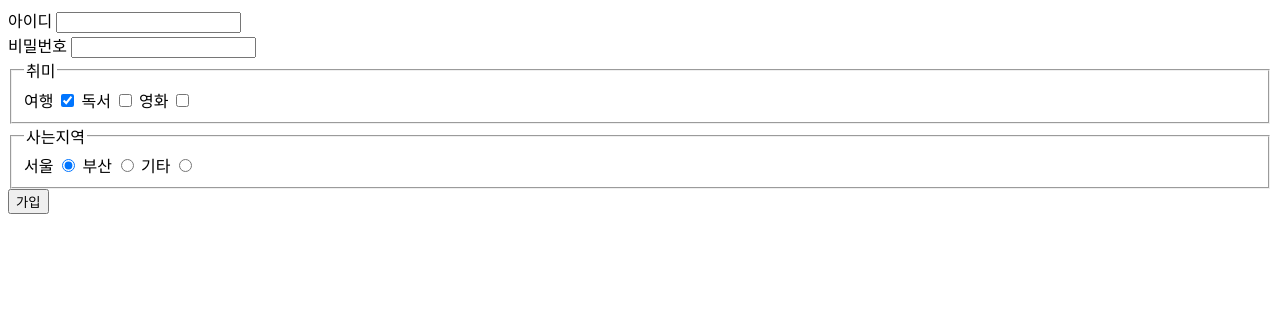
Repository: SaeMi-Kwon/jhta-Jsp
Page: jsp01/src/main/webapp/1/join.html
These files come from the project's save history. The page is drawn as it stood at one moment and after the next save; the edit follows.
The browser window is 1280 px wide. The pictures show the whole page.

Above is the page before, as saved 2025-01-24 06:46:04.

After the next save:
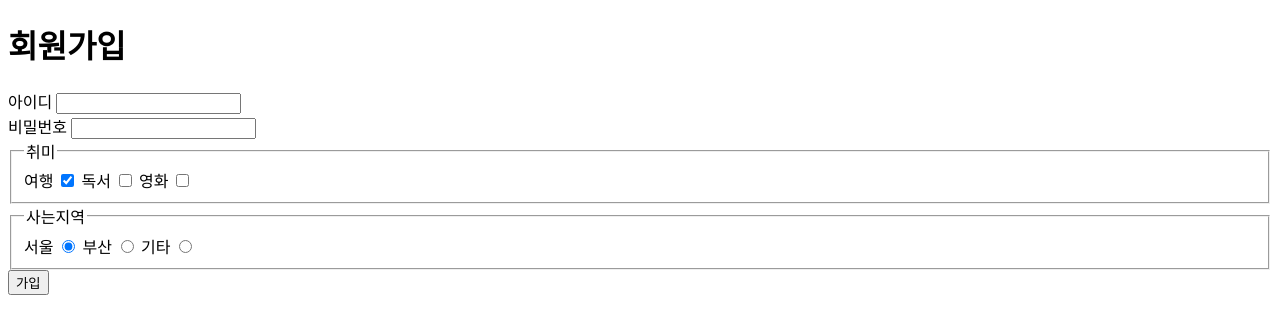
Saved 18 min 38 s later.
--- a/jsp01/src/main/webapp/1/join.html
+++ b/jsp01/src/main/webapp/1/join.html
@@ -5,7 +5,21 @@
 <title>join.html</title>
 </head>
 <body>
-	<form action="join.jsp">
+<!--
+	<form에서 데이터 전송방식>
+
+	1.get방식
+	- 전송되는 데이터가 화면(브라우저url)에 보인다.(보안X)
+	- 전송되는 데이터가 제한이 있다.
+	- 기본전송방식
+
+	2.post방식
+	- 전송되는 데이터가 화면에 안보인다.(보안O)
+	- 전송되는 데이터의 제한이 없다.
+ -->
+
+ 	<h1>회원가입</h1>
+	<form action="join.jsp" method="post">
 		아이디 <input type="text" name="id"><br>
 		비밀번호 <input type="password" name="pwd"><br>
 	<fieldset>
